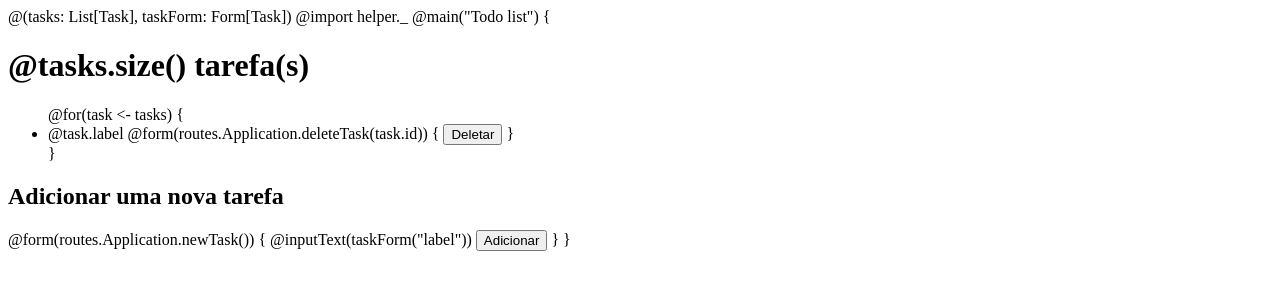
Repository: analuizamtg/si1
Page: lab2/todolist/.target/views/index.scala.html
These files come from the project's save history. The page is drawn as it stood at one moment and after the next save; the edit follows.
The browser window is 1280 px wide. The pictures show the whole page.

Above is the page before, as saved 2013-11-25 16:46:24.

After the next save:
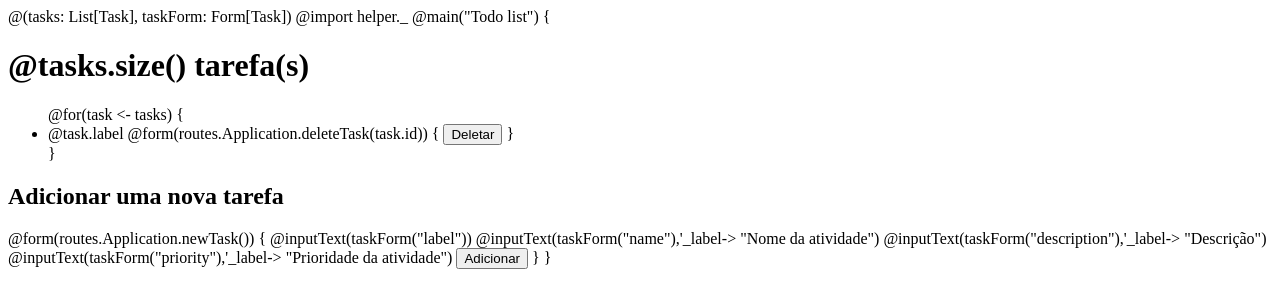
Saved 67 s later.
--- a/lab2/todolist/.target/views/index.scala.html
+++ b/lab2/todolist/.target/views/index.scala.html
@@ -23,6 +23,9 @@
     @form(routes.Application.newTask()) {
 
         @inputText(taskForm("label"))
+        @inputText(taskForm("name"),'_label-> "Nome da atividade")
+        @inputText(taskForm("description"),'_label-> "Descrição")
+        @inputText(taskForm("priority"),'_label-> "Prioridade da atividade")
 
         <input type="submit" value="Adicionar">
 
